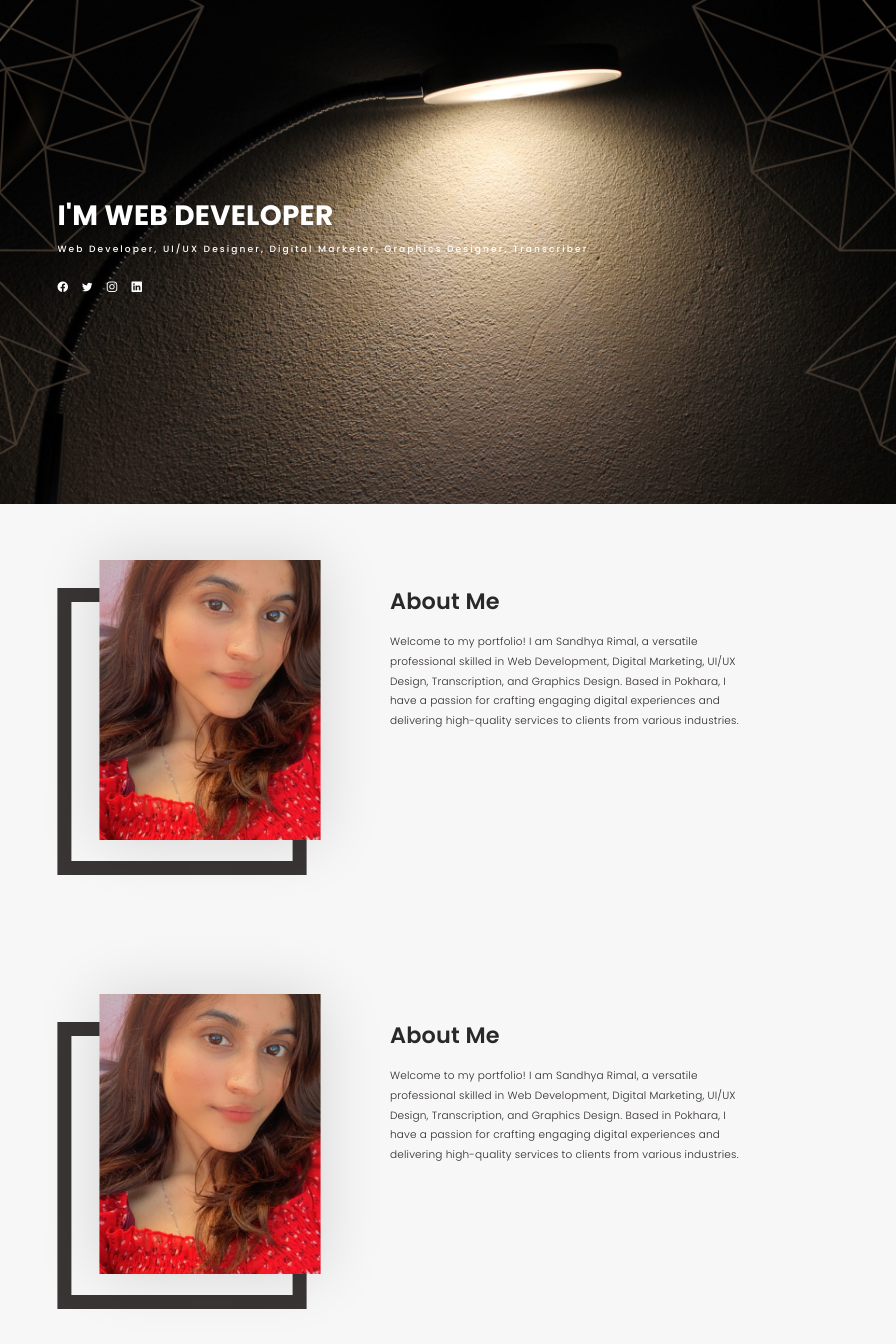
Repository: sandhya8109/portfolio
Page: index.html
The author's editor kept a copy of each file at every save. The page is drawn from the files as they stood at one save, then again after the next save.
The browser window is 1280 px wide. The pictures show the part of the page from y = 0 to 1920 px (the page is 4909 px tall before and 5377 px after), at 70% of full size.
Some web fonts or font styles are not loaded; a fallback is used.

Above is the page before, as saved 2023-11-20 19:41:20.

After the next save:
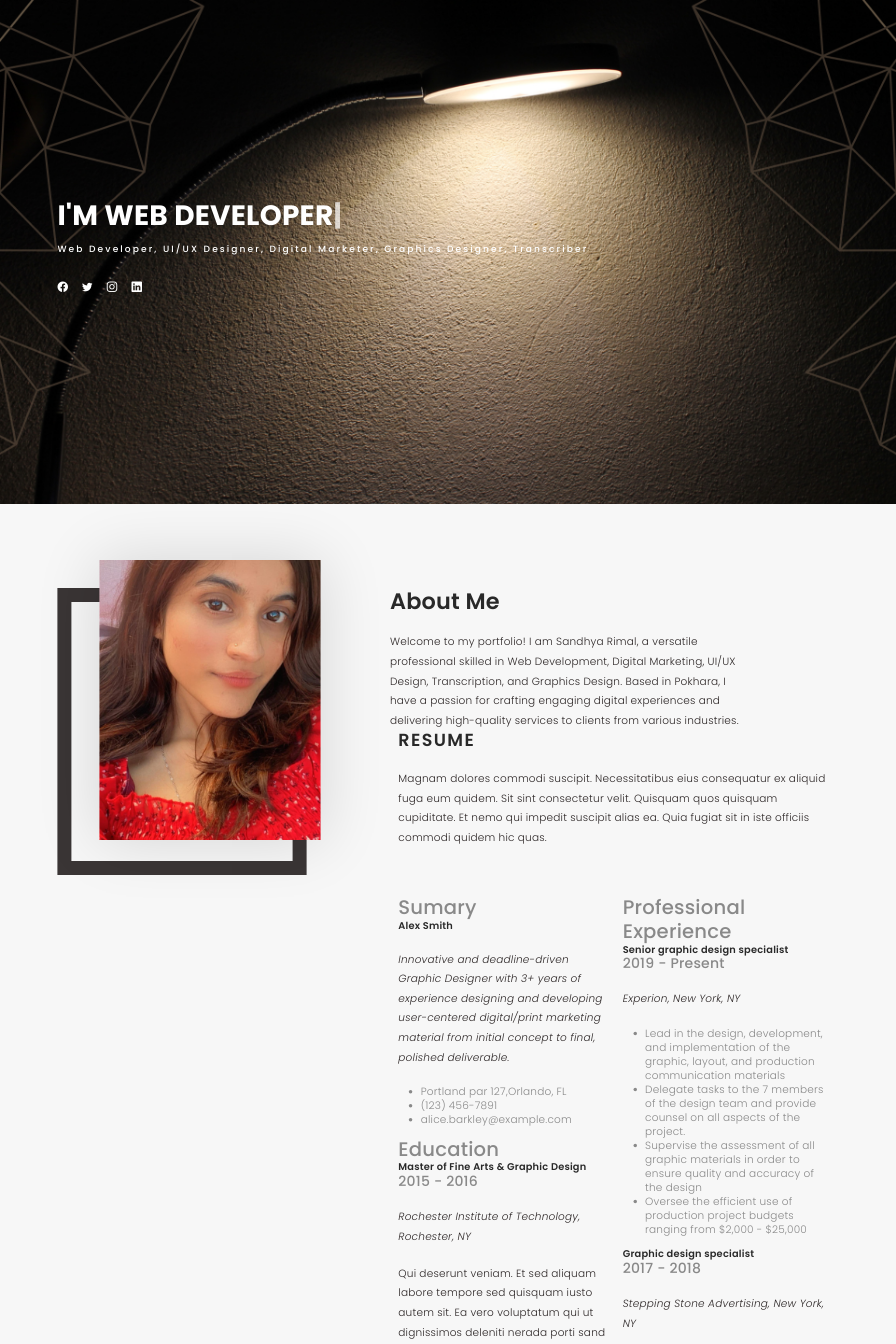
Saved 26 s later.
--- a/index.html
+++ b/index.html
@@ -107,38 +107,77 @@
 
               <h2>About Me </h2>
               <p class="separator">Welcome to my portfolio! I am Sandhya Rimal, a versatile professional skilled in Web Development, Digital Marketing, UI/UX Design, Transcription, and Graphics Design. Based in Pokhara, I have a passion for crafting engaging digital experiences and delivering high-quality services to clients from various industries.</p>
-
+              <section id="resume" class="resume">
+                <div class="container">
+
+                  <div class="section-title">
+                    <h2>Resume</h2>
+                    <p>Magnam dolores commodi suscipit. Necessitatibus eius consequatur ex aliquid fuga eum quidem. Sit sint consectetur velit. Quisquam quos quisquam cupiditate. Et nemo qui impedit suscipit alias ea. Quia fugiat sit in iste officiis commodi quidem hic quas.</p>
+                  </div>
+
+                  <div class="row">
+                    <div class="col-lg-6 aos-init aos-animate" data-aos="fade-up">
+                      <h3 class="resume-title">Sumary</h3>
+                      <div class="resume-item pb-0">
+                        <h4>Alex Smith</h4>
+                        <p><em>Innovative and deadline-driven Graphic Designer with 3+ years of experience designing and developing user-centered digital/print marketing material from initial concept to final, polished deliverable.</em></p>
+                        <ul>
+                          <li>Portland par 127,Orlando, FL</li>
+                          <li>(123) 456-7891</li>
+                          <li>alice.barkley@example.com</li>
+                        </ul>
+                      </div>
+
+                      <h3 class="resume-title">Education</h3>
+                      <div class="resume-item">
+                        <h4>Master of Fine Arts &amp; Graphic Design</h4>
+                        <h5>2015 - 2016</h5>
+                        <p><em>Rochester Institute of Technology, Rochester, NY</em></p>
+                        <p>Qui deserunt veniam. Et sed aliquam labore tempore sed quisquam iusto autem sit. Ea vero voluptatum qui ut dignissimos deleniti nerada porti sand markend</p>
+                      </div>
+                      <div class="resume-item">
+                        <h4>Bachelor of Fine Arts &amp; Graphic Design</h4>
+                        <h5>2010 - 2014</h5>
+                        <p><em>Rochester Institute of Technology, Rochester, NY</em></p>
+                        <p>Quia nobis sequi est occaecati aut. Repudiandae et iusto quae reiciendis et quis Eius vel ratione eius unde vitae rerum voluptates asperiores voluptatem Earum molestiae consequatur neque etlon sader mart dila</p>
+                      </div>
+                    </div>
+                    <div class="col-lg-6 aos-init aos-animate" data-aos="fade-up" data-aos-delay="100">
+                      <h3 class="resume-title">Professional Experience</h3>
+                      <div class="resume-item">
+                        <h4>Senior graphic design specialist</h4>
+                        <h5>2019 - Present</h5>
+                        <p><em>Experion, New York, NY </em></p>
+                        <ul>
+                          <li>Lead in the design, development, and implementation of the graphic, layout, and production communication materials</li>
+                          <li>Delegate tasks to the 7 members of the design team and provide counsel on all aspects of the project. </li>
+                          <li>Supervise the assessment of all graphic materials in order to ensure quality and accuracy of the design</li>
+                          <li>Oversee the efficient use of production project budgets ranging from $2,000 - $25,000</li>
+                        </ul>
+                      </div>
+                      <div class="resume-item">
+                        <h4>Graphic design specialist</h4>
+                        <h5>2017 - 2018</h5>
+                        <p><em>Stepping Stone Advertising, New York, NY</em></p>
+                        <ul>
+                          <li>Developed numerous marketing programs (logos, brochures,infographics, presentations, and advertisements).</li>
+                          <li>Managed up to 5 projects or tasks at a given time while under pressure</li>
+                          <li>Recommended and consulted with clients on the most appropriate graphic design</li>
+                          <li>Created 4+ design presentations and proposals a month for clients and account managers</li>
+                        </ul>
+                      </div>
+                    </div>
+                  </div>
+
+                </div>
+              </section>
             </div>
 
           </div>
         </div>
       </div>
     </div><!-- End About Section -->
-    <!-- ======= resume Section ======= -->
-    <div id="about" class="paddsection">
-      <div class="container">
-        <div class="row justify-content-between">
-
-          <div class="col-lg-4 ">
-            <div class="div-img-bg">
-              <div class="about-img">
-                <img src="assets/img/me.jpg" class="img-responsive" alt="me">
-              </div>
-            </div>
-          </div>
-
-          <div class="col-lg-7">
-            <div class="about-descr">
-
-              <h2>About Me </h2>
-              <p class="separator">Welcome to my portfolio! I am Sandhya Rimal, a versatile professional skilled in Web Development, Digital Marketing, UI/UX Design, Transcription, and Graphics Design. Based in Pokhara, I have a passion for crafting engaging digital experiences and delivering high-quality services to clients from various industries.</p>
-
-            </div>
-
-          </div>
-        </div>
-      </div>
-    </div><!-- End About Section -->
+
 
     <!-- ======= Services Section ======= -->
     <div id="services">
